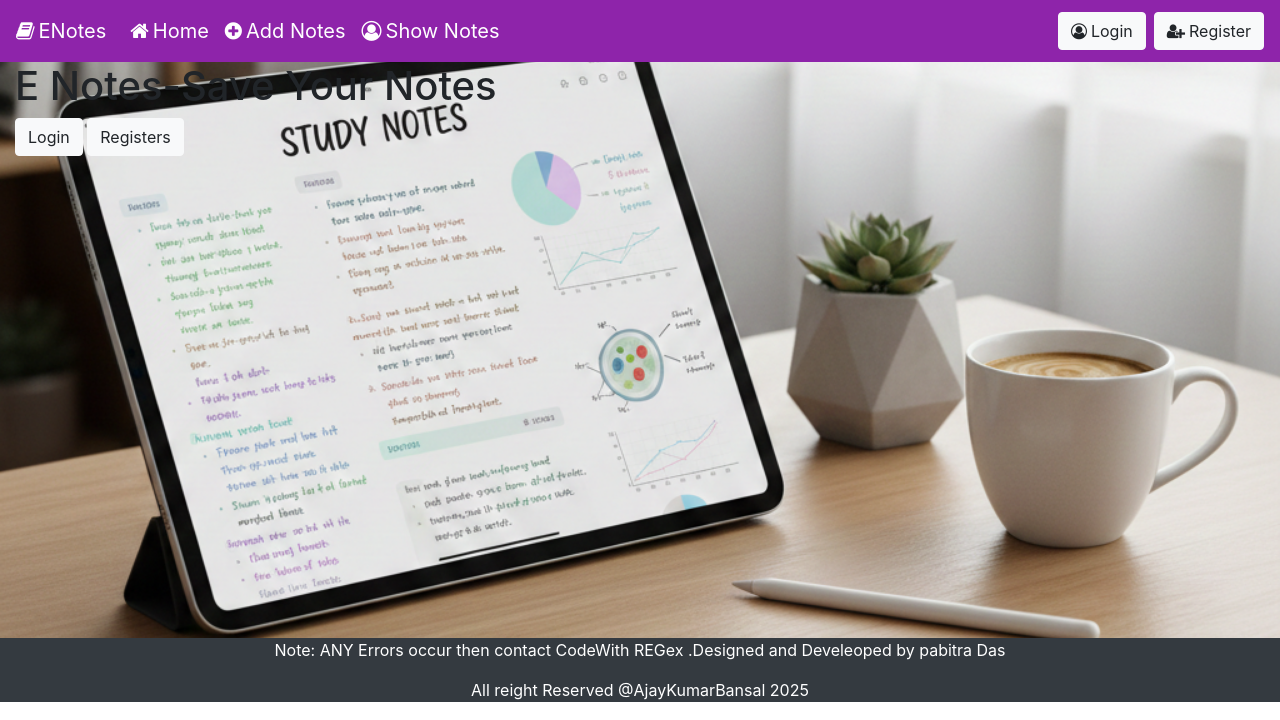
Repository: Bansal140899/eclipse-workspace
Page: http://localhost/ENotesProject/
The author's editor kept a copy of each file at every save. The page is drawn from the files as they stood at one save, then again after the next save.
The browser window is 1280 px wide. The pictures show the whole page.
The page is served by Tomcat 9. Other server files are loaded and not shown.

Above is the page before, as saved 2025-12-21 21:28:15.

### ENotesProject/src/main/webapp/index.jsp
<%@ page language="java" contentType="text/html; charset=UTF-8"
	pageEncoding="UTF-8"%>
<!DOCTYPE html PUBLIC "-//W3C//DTD HTML 4.01 Transitional//EN" "http://www.w3.org/TR/html4/loose.dtd">
<html>
<head>
<style type="text/css">
.back-img {
background:url("IMG/BACKGROUND.png");
width:100%;
height:80vh;
background-repeat: no-repeat;   /* repeat band */
    background-size: cover;        /* full cover */
    background-position: center;   /* center me set */
}
</style>
<meta http-equiv="Content-Type" content="text/html; charset=UTF-8">
<title>Home Page</title>
<%@include file="All_Component/allcss.jsp"%>
</head>
<body>
	<%@include file="All_Component/navbar.jsp"%>
	<div class="container-fluid back-img">
	<h1>E Notes-Save Your Notes</h1>
    <a href="login.jsp" class="btn btn-light">Login</a>
	  <a href="register.jsp" class="btn btn-light">Registers</a>

	</div>
	<%@include file="All_Component/footer.jsp"%>

</body>
</html>

### ENotesProject/src/main/webapp/All_Component/allcss.jsp
<link rel="stylesheet"
	href="https://cdn.jsdelivr.net/npm/bootstrap@4.6.2/dist/css/bootstrap.min.css"
	integrity="sha384-xOolHFLEh07PJGoPkLv1IbcEPTNtaed2xpHsD9ESMhqIYd0nLMwNLD69Npy4HI+N"
	crossorigin="anonymous">

<link rel="stylesheet"
	href="https://cdnjs.cloudflare.com/ajax/libs/font-awesome/4.7.0/css/font-awesome.min.css">
<link rel="stylesheet" href="css/style.css">

<script
	src="https://cdn.jsdelivr.net/npm/jquery@3.5.1/dist/jquery.slim.min.js"
	integrity="sha384-DfXdz2htPH0lsSSs5nCTpuj/zy4C+OGpamoFVy38MVBnE+IbbVYUew+OrCXaRkfj"
	crossorigin="anonymous"></script>
<script
	src="https://cdn.jsdelivr.net/npm/popper.js@1.16.1/dist/umd/popper.min.js"
	integrity="sha384-9/reFTGAW83EW2RDu2S0VKaIzap3H66lZH81PoYlFhbGU+6BZp6G7niu735Sk7lN"
	crossorigin="anonymous"></script>
<script
	src="https://cdn.jsdelivr.net/npm/bootstrap@4.6.2/dist/js/bootstrap.min.js"
	integrity="sha384-+sLIOodYLS7CIrQpBjl+C7nPvqq+FbNUBDunl/OZv93DB7Ln/533i8e/mZXLi/P+"
	crossorigin="anonymous"></script>

### ENotesProject/src/main/webapp/All_Component/navbar.jsp
<nav class="navbar navbar-expand-lg navbar-dark bg-custom navbar-custom">
  <a class="navbar-brand" href="#"><i class="fa fa-book mr-1" aria-hidden="true"></i>ENotes</a>
  <button class="navbar-toggler" type="button" data-toggle="collapse" data-target="#navbarSupportedContent" aria-controls="navbarSupportedContent" aria-expanded="false" aria-label="Toggle navigation">
    <span class="navbar-toggler-icon"></span>
  </button>

  <div class="collapse navbar-collapse" id="navbarSupportedContent">
    <ul class="navbar-nav mr-auto">
      <li class="nav-item active">
        <a class="nav-link" href="#"><i class="fa fa-home mr-1" aria-hidden="true"></i>Home <span class="sr-only">(current)</span></a>
      </li>
      <li class="nav-item">
        <a class="nav-link" href="#"><i class="fa fa-plus-circle mr-1" aria-hidden="true"></i>Add Notes</a>
      </li>

      <li class="nav-item">
        <a class="nav-link"><i class="fa fa-user-circle-o mr-1" aria-hidden="true"></i>Show Notes</a>
      </li>
    </ul>

      <button class="btn btn-light my-2 my-sm-0 mr-2" type="submit"><i class="fa fa-user-circle-o mr-1" aria-hidden="true"></i>Login</a>
      <button class="btn btn-light my-2 my-sm-0" type="submit"><i class="fa fa-user-plus mr-1" aria-hidden="true"></i>Register</a>

  </div>
</nav>

### ENotesProject/src/main/webapp/All_Component/footer.jsp
<div class="container-fluid bg-dark">
<p class="text-center text-white">Note: ANY Errors occur then contact CodeWith REGex .Designed and Develeoped by pabitra Das</p>
<p class="text-center text-white">All reight Reserved @AjayKumarBansal 2025</p>



</div>

### ENotesProject/src/main/webapp/css/style.css
.bg-custom{
	background:#8e24aa;
}
.navbar .nav-item .nav-link{
	font-size:20px;
	color:white;
}

.navbar-custom .nav-item:hover .nav-link{
	background:white;
	color:black;
    border-radius:10px;
}

After the next save:
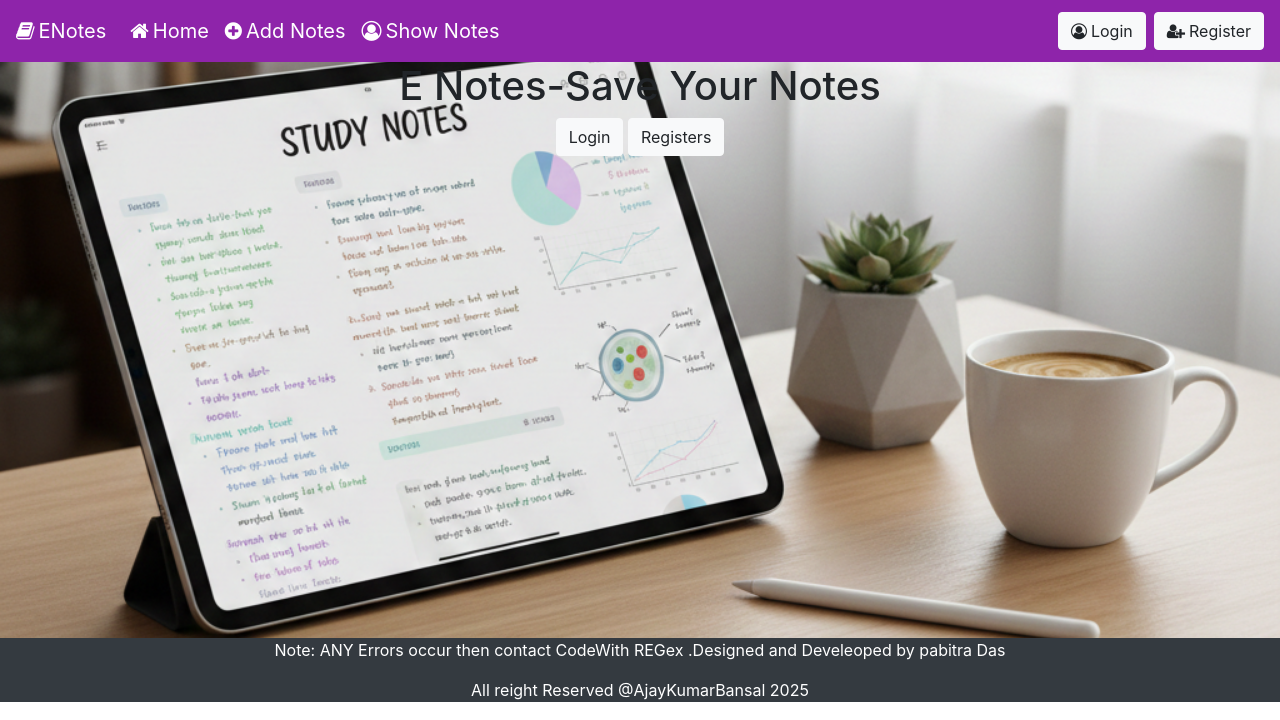
Saved 115 s later.
--- a/ENotesProject/src/main/webapp/index.jsp
+++ b/ENotesProject/src/main/webapp/index.jsp
@@ -20,9 +20,11 @@ background-repeat: no-repeat;   /* repeat band */
 <body>
 	<%@include file="All_Component/navbar.jsp"%>
 	<div class="container-fluid back-img">
-	<h1>E Notes-Save Your Notes</h1>
+	<div class=  "text-center">
+	<h1 class="text-center">E Notes-Save Your Notes</h1>
     <a href="login.jsp" class="btn btn-light">Login</a>
-	  <a href="register.jsp" class="btn btn-light">Registers</a>
+	<a href="register.jsp" class="btn btn-light">Registers</a>
+	</div>
 
 	</div>
 	<%@include file="All_Component/footer.jsp"%>
